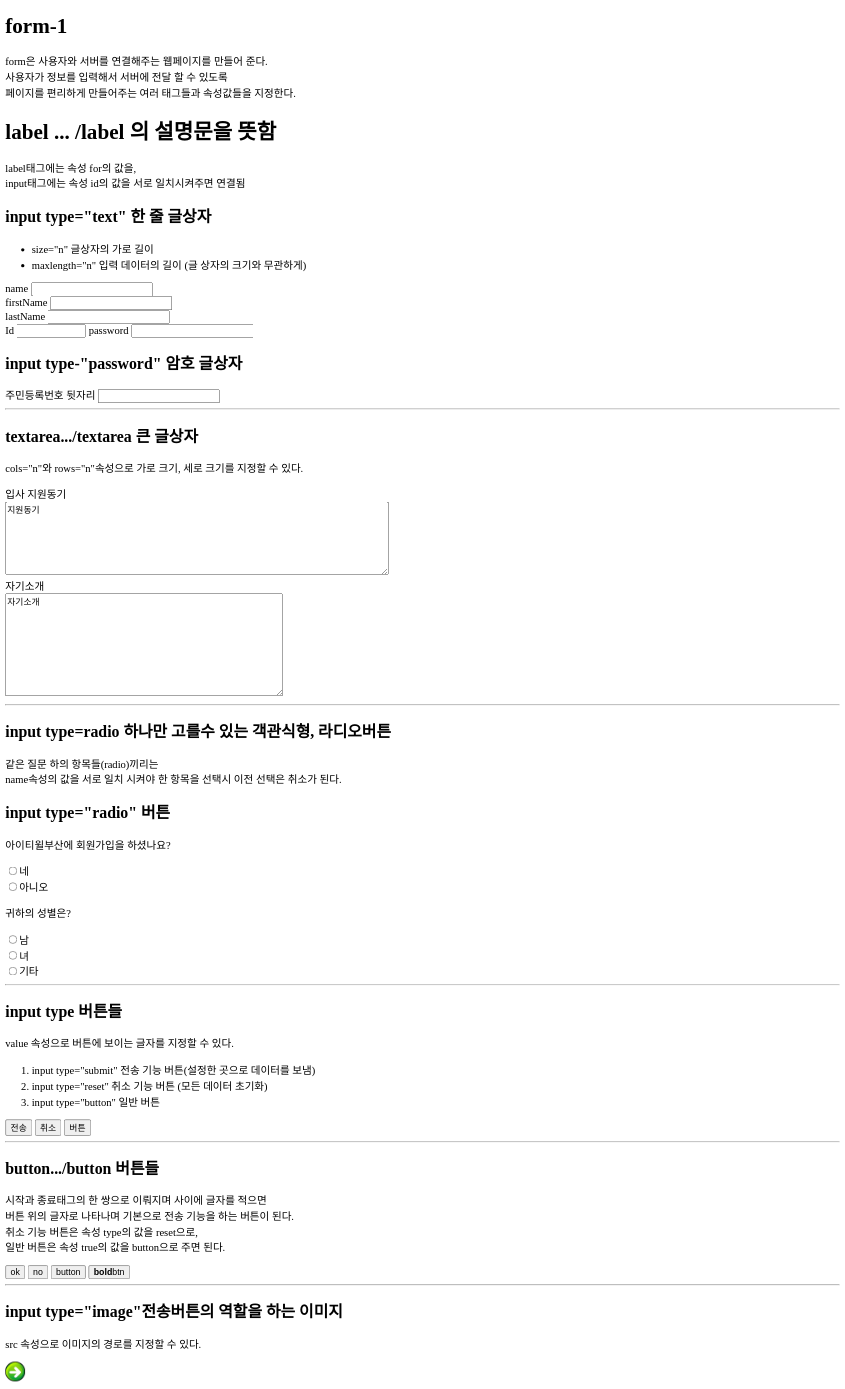
Repository: ReadStar/Web
Page: Html/html5/WebContent/form-1.html
These files come from the project's save history. The page is drawn as it stood at one moment and after the next save; the edit follows.
The browser window is 1280 px wide. The pictures show the whole page, at 66% of full size.

Above is the page before, as saved 2020-08-06 07:57:36.

### Html/html5/WebContent/form-1.html
<!DOCTYPE html>
<html>
<head>
<meta charset="UTF-8">
<title>Insert title here</title>
</head>
<body>
<h1>form-1</h1>
<p>form은 사용자와 서버를 연결해주는 웹페이지를 만들어 준다.<br>
	사용자가 정보를 입력해서 서버에 전달 할 수 있도록<br>
	페이지를 편리하게 만들어주는 여러 태그들과 속성값들을 지정한다.
</p>
<form action="test.jsp" method="get">
<h1>label ... /label 의 설명문을 뜻함</h1>
<p>label태그에는 속성 for의 값을,<br>
  input태그에는 속성 id의 값을 서로 일치시켜주면 연결됨</p>
<h2>input type="text" 한 줄 글상자</h2>
<ul>
<li>size="n" 글상자의 가로 길이</li>
<li>maxlength="n" 입력 데이터의 길이 (글 상자의 크기와 무관하게) </li>
</ul>
	<label for="name">name</label> <input type="text" id="name"><br>
	<label for="f-name">firstName</label> <input type="text" id="f-name"><br>
	<label for="l-name">lastName</label> <input type="text" id="l-name"><br>
	<label for="id">Id</label> <input type="text" id="Id" maxlength="6" size="10">
	<label for="pwd">password</label> <input type="password" id="pwd" maxlength="12"><br>
<h2>input type-"password" 암호 글상자</h2>
	<label for="pass">주민등록번호 뒷자리</label> <input type="password" id="pass" maxlength="7"><br>
<hr>
<h2>textarea.../textarea 큰 글상자</h2>
<p>cols="n"와 rows="n"속성으로 가로 크기, 세로 크기를 지정할 수 있다.</p>
<label>입사 지원동기<br>
<textarea rows="7" cols="70">지원동기</textarea><br>
</label>


<label for="txt02">자기소개</label><br>
<textarea rows="10" cols="50">자기소개</textarea>
<hr>
<h2>input type=radio 하나만 고를수 있는 객관식형, 라디오버튼</h2>
<p>같은 질문 하의 항목들(radio)끼리는<br>
	name속성의 값을 서로 일치 시켜야 한 항목을 선택시 이전 선택은 취소가 된다.</p>
<h2>input type="radio" 버튼</h2>
<p>아이티윌부산에 회원가입을 하셨나요?</p>
<label><input type="radio" name="itw-m">네</label><br>
<label><input type="radio" name="itw-m">아니오</label>

<p>귀하의 성별은?</p>
<label><input type="radio" name="gender">남</label><br>
<label><input type="radio" name="gender">녀</label><br>
<label><input type="radio" name="gender">기타</label><br>


<hr>
<h2>input type 버튼들</h2>
<p> value 속성으로 버튼에 보이는 글자를 지정할 수 있다.</p>
<ol>
<li>input type="submit" 전송 기능 버튼(설정한 곳으로 데이터를 보냄)</li>
<li>input type="reset" 취소 기능 버튼 (모든 데이터 초기화)</li>
<li>input type="button" 일반 버튼</li>
</ol>

<input type="submit" value="전송">
<input type="reset" value="취소">

<input type="button" value="버튼" onclick="alert('아무것도아님')"><br>

<hr>
<h2>button.../button 버튼들</h2>
<p>시작과 종료태그의 한 쌍으로 이뤄지며 사이에 글자를 적으면<br>
버튼 위의 글자로 나타나며 기본으로 전송 기능을 하는 버튼이 된다.<br>
취소 기능 버튼은 속성 type의 값을  reset으로,<br>
일반 버튼은 속성 true의 값을 button으로 주면 된다.</p>
<button>ok</button>
<button type="reset">no</button>

<button type="button" onmouseover="alert('조심')">button</button>
<button type="button"><b>bold</b>btn</button>

<hr>
<h2>input type="image"전송버튼의 역할을 하는 이미지</h2>
<p>src 속성으로 이미지의 경로를 지정할 수 있다.</p>

<input type="image" src="img.gif" width="30" height="30">
</form>

</body>
</html>

After the next save:
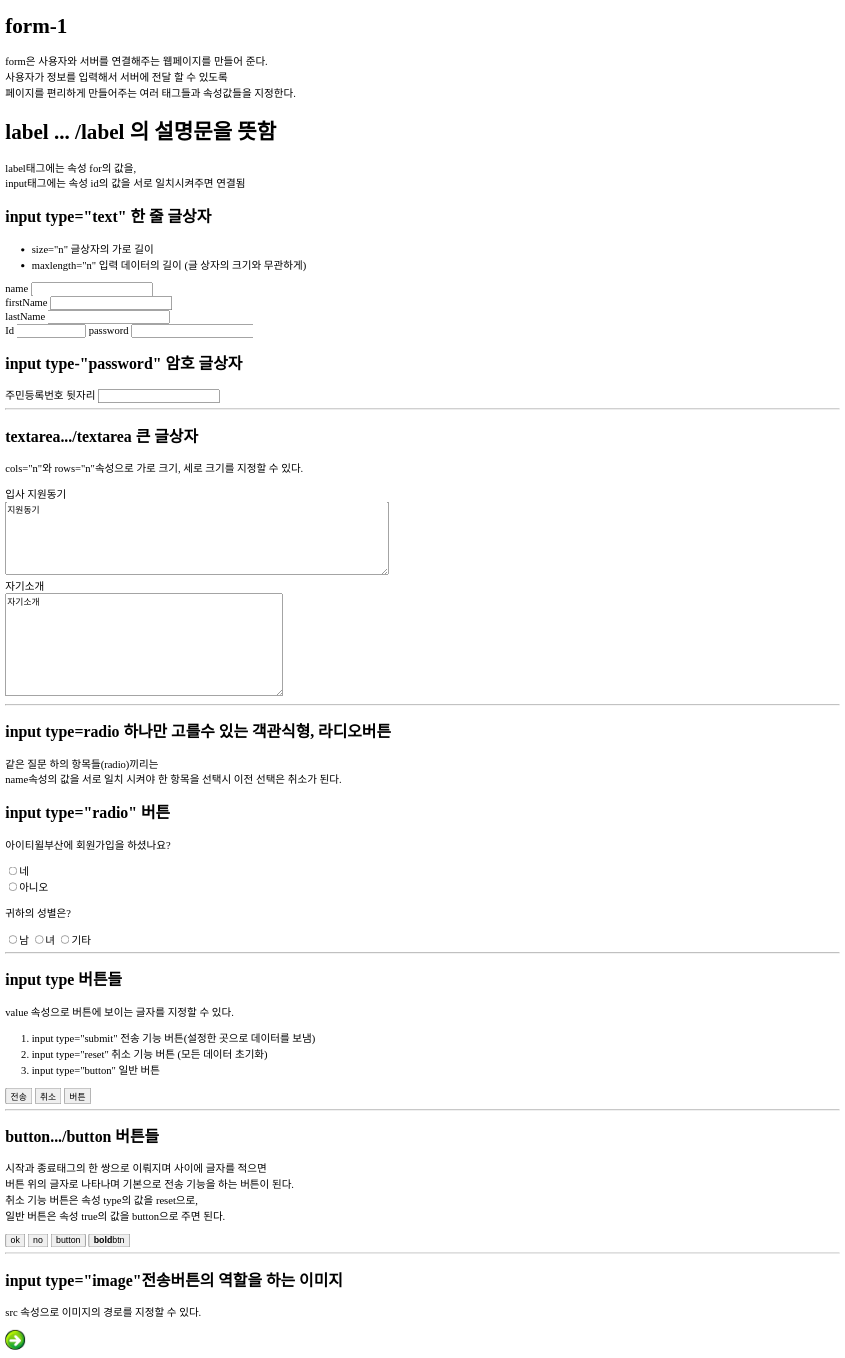
Saved 2 min 15 s later.
--- a/Html/html5/WebContent/form-1.html
+++ b/Html/html5/WebContent/form-1.html
@@ -46,9 +46,9 @@
 <label><input type="radio" name="itw-m">아니오</label>
 
 <p>귀하의 성별은?</p>
-<label><input type="radio" name="gender">남</label><br>
-<label><input type="radio" name="gender">녀</label><br>
-<label><input type="radio" name="gender">기타</label><br>
+<label><input type="radio" name="gender">남</label>
+<label><input type="radio" name="gender">녀</label>
+<label><input type="radio" name="gender">기타</label>
 
 
 <hr>
